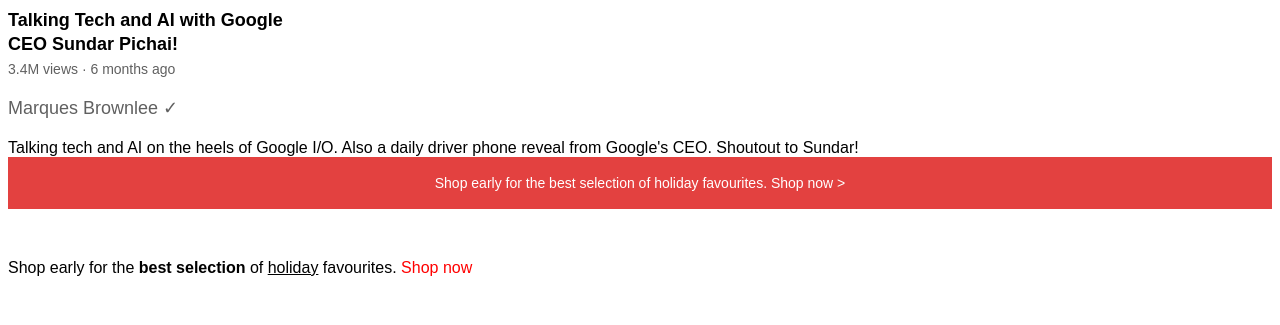
Repository: knowledgeAlan/html-css-five
Page: text.html
These files come from the project's save history. The page is drawn as it stood at one moment and after the next save; the edit follows.
The browser window is 1280 px wide. The pictures show the whole page.

Above is the page before, as saved 2024-02-28 19:08:05.

After the next save:
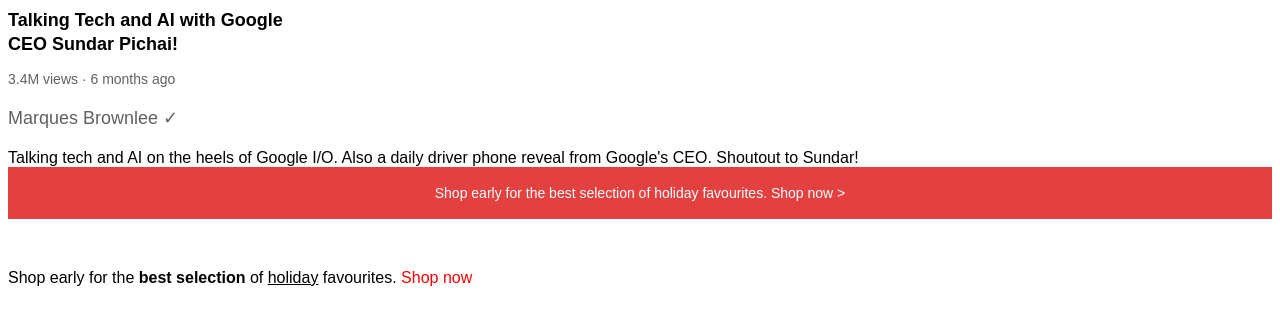
Saved 41 s later.
--- a/text.html
+++ b/text.html
@@ -16,7 +16,7 @@
         font-size: 18px;
         width: 280px;
         line-height: 24px;
-        margin-bottom: 5px ;
+        margin-bottom: 15px ;
     }
 
     .video-author {

After the save that followed:
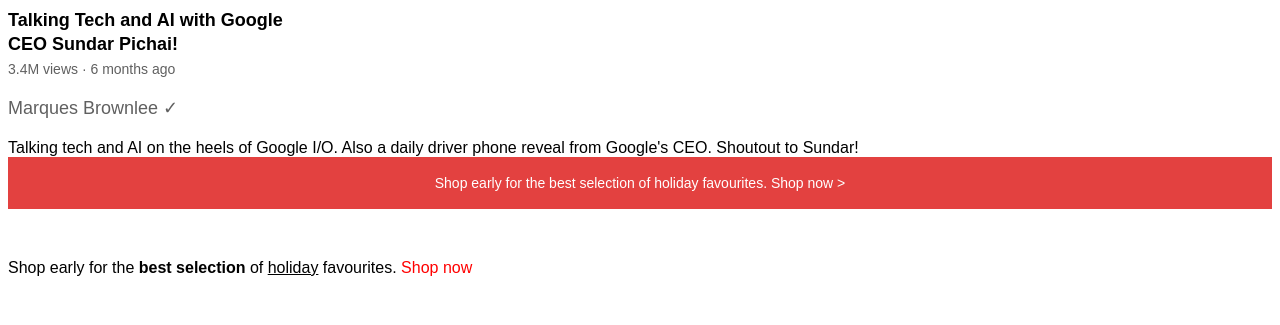
Saved 11 s later.
--- a/text.html
+++ b/text.html
@@ -16,7 +16,7 @@
         font-size: 18px;
         width: 280px;
         line-height: 24px;
-        margin-bottom: 15px ;
+        margin-bottom: 5px ;
     }
 
     .video-author {
